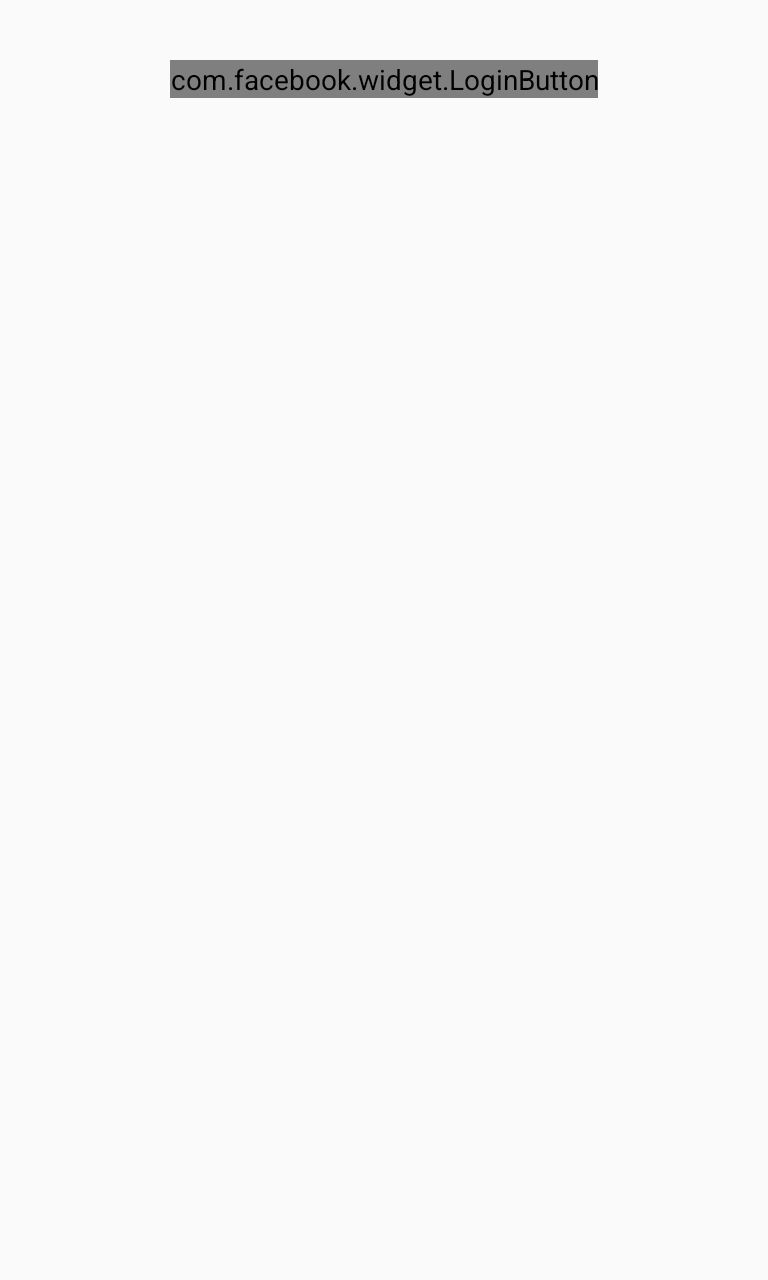
Repository: MarcSelles/BeatYourBucketAndroid
Layout: The_app/BeatYourBucket/res/layout/fragment_profile.xml
The author's editor kept a copy of each file at every save. The layout is drawn from the files as they stood at one save, then again after the next save.
Pictures or frames that could not be fetched are drawn as grey boxes. It is drawn on a 768 x 1280 px phone screen (xhdpi) without system bars, with theme AppTheme; the app's code is not run.

Above is the layout before, as saved 2015-01-26 19:31:36.

After the next save:
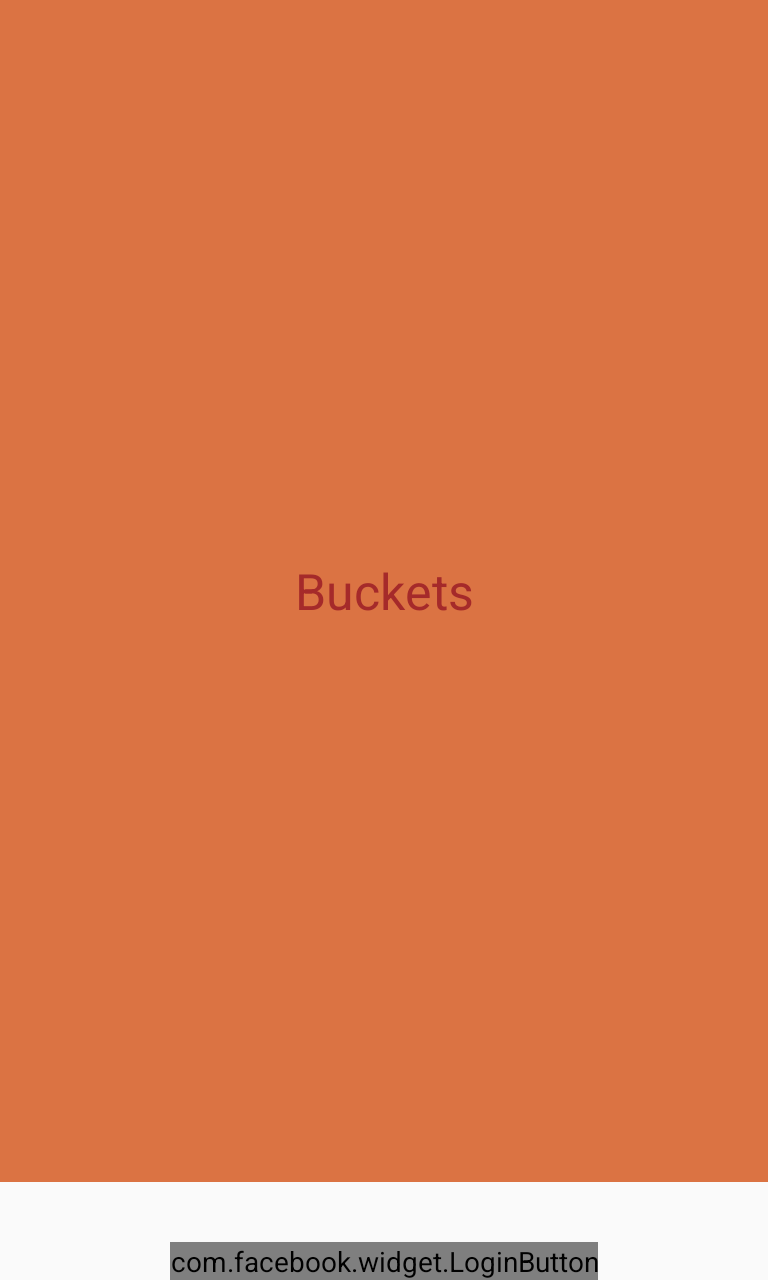
Saved 4 h 13 min later.
--- a/The_app/BeatYourBucket/res/layout/fragment_profile.xml
+++ b/The_app/BeatYourBucket/res/layout/fragment_profile.xml
@@ -5,6 +5,17 @@
         android:layout_height="match_parent"
         android:orientation="vertical"
         tools:context=".DeviceFragment" >
+
+    <TextView
+        android:id="@+id/textView"
+		 android:layout_width="fill_parent"
+		 android:layout_height="0sp"
+		 android:layout_weight="0.12"
+		 android:textSize="25sp"
+		 android:textColor="#A52A2A"
+		 android:gravity="center"
+		 android:background="#DB7343"
+		 android:text="Buckets" />
 
     <com.facebook.widget.LoginButton
         android:id="@+id/authButton"
